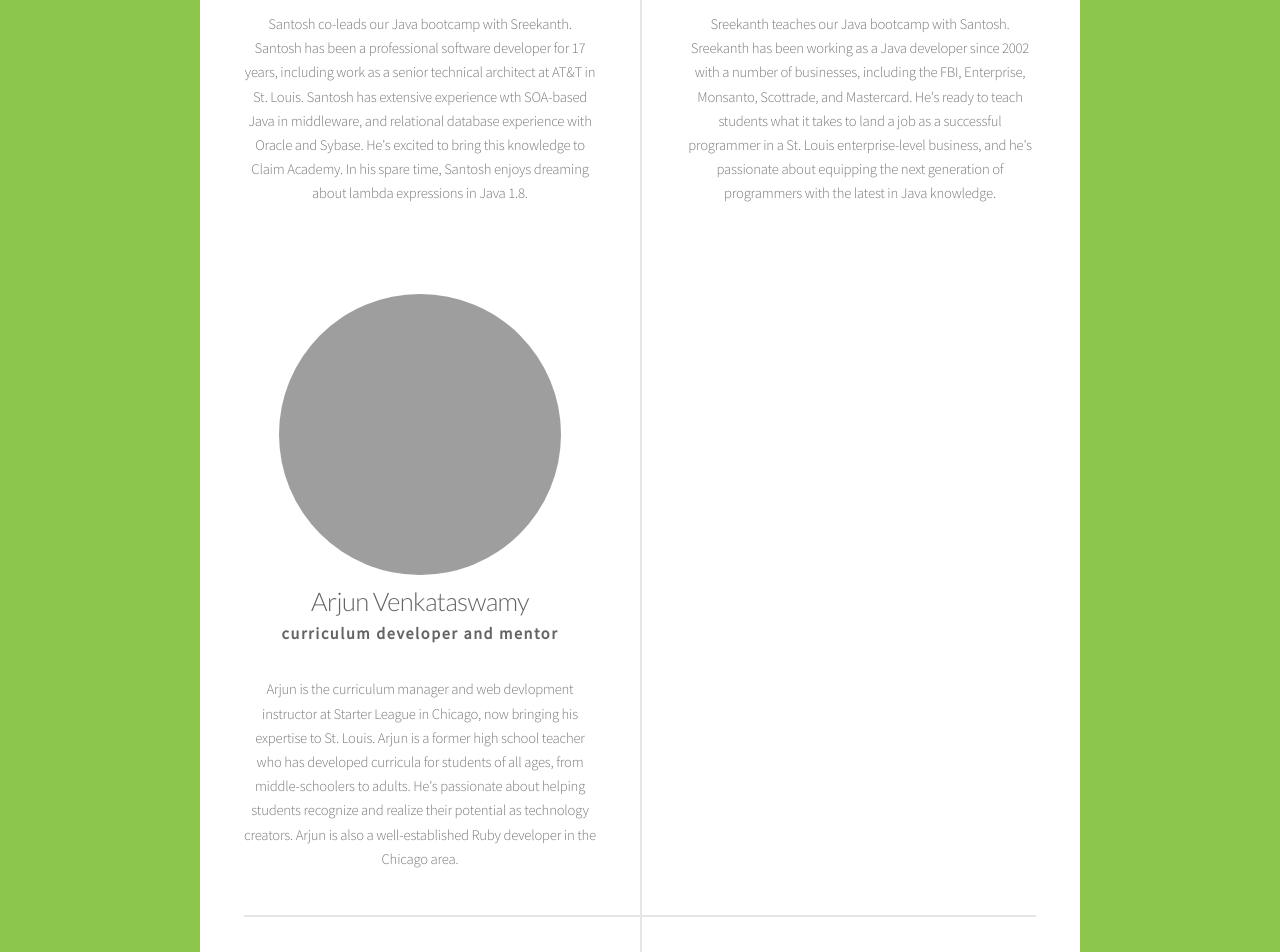
Repository: Kemo92/ClaimAcademy
Page: teachers.html
The author's editor kept a record of every edit. The page is drawn from the files as they stood at one moment, then again after the next edit.
The browser window is 1280 px wide. The pictures show the part of the page from y = 1466 to 2418 px (the page is 4386 px tall before and 4388 px after).
Pictures or frames that could not be fetched are drawn as grey boxes.

Above is the page before.

### teachers.html
<!DOCTYPE HTML>
<!--
Alpha by HTML5 UP
html5up.net | @n33co
Free for personal and commercial use under the CCA 3.0 license (html5up.net/license)
-->
<html>
	<head>
		<title>Programming Instructors and Mentors</title>
		<meta http-equiv="content-type" content="text/html; charset=utf-8" />
		<meta name="description" content="Programming and Coding Instructors and Mentors for Claim Academy" />
		<meta name="keywords" content="Programming, Coding, Startups, St. Louis, Claim Academy, Java, Ruby, .NET" />
		<!--[if lte IE 8]><script src="css/ie/html5shiv.js"></script><![endif]-->
		<script src="js/jquery.min.js"></script>
		<script src="js/jquery.dropotron.min.js"></script>
		<script src="js/jquery.scrollgress.min.js"></script>
		<script src="js/skel.min.js"></script>
		<script src="js/skel-layers.min.js"></script>
		<script src="js/init.js"></script>
		<noscript>
			<link rel="stylesheet" href="/css/skel.css" />
			<link rel="stylesheet" href="/css/style.css" />
			<link rel="stylesheet" href="/css/style-wide.css" />
		</noscript>
		<link href='https://fonts.googleapis.com/css?family=Ubuntu:300' rel='stylesheet' type='text/css'>
		<link href='https://fonts.googleapis.com/css?family=Lato:300' rel='stylesheet' type='text/css'>
		<!--[if lte IE 8]><link rel="stylesheet" href="css/ie/v8.css" /><![endif]-->
	</head>
	<body>

	<!-- Header -->
	<header id="header" class="skel-layers-fixed">
		<h1><a href="index.html"></a></h1>
		<nav id="nav">
			<ul>
				<li><a href="index.html">Home</a></li>
				<li><a href="http://claimacademystl.com/blog">Blog</a></li>
				<li><a href="http://eepurl.com/82eo5" class="button">Sign Up</a></li>
			</ul>
		</nav>
	</header>

	<!-- Main -->
	<section id="main" class="container">
		<section class ="box special">
			<h2>Meet our Instructors, Mentors, and Admin Team</h2>
			<p>As much as we love our space, and as proud as we are of our curricula and class materials, Claim Academy wouldn't be Claim Academy without our team of rockstars teaching class, running the daily operations, and mentoring students. The people below make things happen, and you should get to know them!</p>
		</section>
		<section class="box features">
			<div class="features-row">
					<section>
						<span class="image circle andy"></span>
						<h3 id="teachername">Andrew Benz</h3>
						<h4 id="teacherrole">.NET instructor</h4>
						<p>Andrew currently works as a .NET developer at Shipworks in downtown St. Louis. As a contributor to the .NET source, Andy has a uninque view of what's under the hood of the .NET framework. His personal projects include working with ASP.NET in a linux environment and contributing to the open-sourcing of the .NET framework for use across platforms. Andy has taught VB.NET to students in a traditional setting, and he looks forward to working with Claim Academy students in a more personal setting.</p>
					</section>
					<section>
						<span class="image circle harold"></span>
							<h3 id="teachername">Harold Blackorby</h3>
							<h4 id="teacherrole">.NET instructor</h4>
							<p>Harold has been working as with .NET for twenty years through advertising and marketing agencies, including the New Honor Society, Rivet, and Hugh. His experience working with web applications will help students to deploy their own applications during the .NET boot camp! Harold has also taught as an adjunct professor at Webster University, and brings that teaching experience to the classroom to create the interactive and hands-on environment students need to succeed.</p>
					</section>
				</div>
				<div class="features-row">
					<section>
						<span class="image circle santosh"></span>
						<h3 id="teachername">Santosh Tokekar</h3>
						<h4 id="teacherrole">Java instructor</h4>
						<p>Santosh co-leads our Java bootcamp with Sreekanth. Santosh has been a professional software developer for 17 years, including work as a senior technical architect at AT&T in St. Louis. Santosh has extensive experience wth SOA-based Java in middleware, and relational database experience with Oracle and Sybase. He's excited to bring this knowledge to Claim Academy. In his spare time, Santosh enjoys dreaming about lambda expressions in Java 1.8.</p>
					</section>
					<section>
						<span class="image circle sreekanth"></span>
							<h3 id="teachername">Sreekanth Peyyeti</h3>
							<h4 id="teacherrole">Java instructor</h4>
							<p>Sreekanth teaches our Java bootcamp with Santosh. Sreekanth has been working as a Java developer since 2002 with a number of businesses, including the FBI, Enterprise, Monsanto, Scottrade, and Mastercard. He's ready to teach students what it takes to land a job as a successful programmer in a St. Louis enterprise-level business, and he's passionate about equipping the next generation of programmers with the latest in Java knowledge.</p>
					</section>
					<section>
						<span class="image circle topleft"></span>
							<h3 id="teachername">Arjun Venkataswamy</h3>
							<h4 id="teacherrole">curriculum developer and mentor</h4>
							<p>Arjun is the curriculum manager and web devlopment instructor at Starter League in Chicago, now bringing his expertise to St. Louis. Arjun is a former high school teacher who has developed curricula for students of all ages, from middle-schoolers to adults. He's passionate about helping students recognize and realize their potential as technology creators. Arjun is also a well-established Ruby developer in the Chicago area.</p>
					</section>
				</div>
				<!--<div class="features-row">-->
				<!--	<section>-->
				<!--		<span class="image circle alex"></span>-->
				<!--			<h3 id="teachername">Alex Pearson</h3>-->
				<!--			<h4 id="teacherrole">Head of Operations</h4>-->
				<!--			<p>Alex is in charge of the day-to-day operations at Claim Academy, from working with instructors, to interviewing students, to managing the Claim Academy blog and website, to marketing and recruitment efforts, to program and curriculum development. Alex has a proven track record of building successful businesses in multiple industries, and he's now combining that business expertise with his passion for programming and web development to make Claim Academy the top training program for St. Louis developers.</p>-->
				<!--	</section>-->
				<!--	<section>-->
				<!--		<span class="image circle kristena"></span>-->
				<!--			<h3 id="teachername">Kristena Cooksey</h3>-->
				<!--			<h4 id="teacherrole">Assistant Head of Operations</h4>-->
				<!--			<p>Kristena has come to St. Louis from the Georgia Institute of Technology in search of a way to make a difference in St. Louis. She's found Claim Academy, and is now helping the Head of Operations to run and develop Claim Academy into a life-changing training program. You'll meet Kristena at the very beginning of your interview and application process, and she'll be communicating with students and instructors throughout each course.</p>-->
				<!--	</section>-->
				<!--</div>-->
				<div class="features-row">
					<section>
						<span class="image circle william"></span>
						<h3 id="teachername">William Fink</h3>
						<h4 id="teacherrole">.NET curriculum advisor, Microsoft partner, and student mentor</h4>
						<p>Bill works for Microsoft as a local technical evangelist, and is bringing his experience with the .NET framework to Claim Academy's Windows-focused courses. Bill also has years of experience teaching students as an adjunct professor at Southwest Illinois Technical College, and has been heavily involved in the tech industry as a consultant for <a href="http://www.rgare.com/">RGA</a> and <a href="https://www.linkedin.com/company/163367?trk=prof-exp-company-name">Daugherty Business Solutions</a>.</p>
					</section>
					<section>
						<span class="image circle sheila"></span>
						<h3 id="teachername">Sheila Burkett</h3>
						<h4 id="teacherrole">programming mentor</h4>
						<p>Sheila has been programming for St. Louis businesses since 1988, and has been active in teaching programming to others as a <a href="http://mis.umsl.edu/alumni_stories/SheilaBurkett.html">guest lecturer at the University of Missouri St. Louis</a>, as a mentor for the <a href="http://itenstl.org/">St. Louis IT Entrepreur Network (ITEN)</a>,a team member of <a href="http://www.slideshare.net/bouncebackstl">Bounce Back St. Louis</a>, President of <a href="">Tuxedo Park Management</a>, and now a managing partner of <a href="">Spry Digital</a>. Sheila is excited to bring her expertise to the classroom through guest lectures, pair programming, and indivudal mentorship.</p>
					</section>
				</div>
				<div class="features-row">
					<section>
						<span class="image circle yomi"></span>
						<h3 id="teachername">Yomi Toba</h3>
						<h4 id="teacherrole">programming mentor</h4>
						<p>Yomi is a co-founder of successful St. Louis start-ups <a href="https://lockerdome.com/">Lockerdome</a> and <a href="https://pushup.com/">Pushup Social</a>. He currently serves as the CTO of pushup, and will use his combination of business expertise and technical experience to guide students towards their next career in the St. Louis tech sector.</p><p style="color:rgb(255,255,255)">Here is a bunch of white text that should fill out the rest of the div. While we're here, programming in St. Louis, learn to code.</p>
					</section>
					<section>
						<span class="image circle brad"></span>
						<h3 id="teachername">Brad Urani</h3>
						<h4 id="teacherrole">programming mentor</h4>
						<p>Brad Urani is a software engineer and veteran of 5 St. Louis start-ups, including <a href="https://www.upsideadvisor.com/">Upside</a>, <a href="https://pushup.com/">Pushup Social</a>, and <a href="http://cat5.com/">Cat5 Commerce</a>. He has experience in financial software, ecommerce, games, industrial process control systems, social networking, and educational software. His insights as a team leader and head of engineering will help students better understand the top-level processes behind their individual projects.</p>
					</section>
				</div>
				<!--	<section>-->
				<!--		<span class="image circle ola"></span>-->
				<!--		<h3 id="teachername">Ola Ayeni</h3>-->
				<!--		<h4 id="teacherrole">business mentor</h4>-->
				<!--		<p>Ola is an <a href="http://archgrants.org/the-startups/">Arch Grant</a> winner and owner of successful St. Louis start-ups <a href="http://myeateria.com">Eateria</a> and <a href="http://workatclaim.com">Claim</a>. Ola is now using the relationships he's built in St. Louis to help provide scholarships and job opportunities to graduates of Claim Academy's programs. You'll also see Ola helping students with the soft skills that they'll need to master not just the craft of programming, but the business of software development.</p>-->
				<!--	</section>-->
				<!--</div>-->
			<!--</div>-->
		</section>
	</section>
	<!-- CTA -->
	<section id="cta">

		<h2>Keep up with Claim Academy</h2>
		<p>Enter your email address below to get updates about our programs.</p>

		<!--<form>-->
		<!--	<div class="row uniform 50%">-->
		<!--	<div class="8u 12u(2)">-->
		<!--	<input type="email" name="email" id="email" placeholder="Email Address" />-->
		<!--	</div>-->
		<!--	<div class="4u 12u(2)">-->
		<!--	<input type="submit" value="Sign Up" class="fit"/>-->
		<!--	</div>-->
		<!--	</div>-->
		<!--</form>-->
		<div id="mc_embed_signup">
			<form action="//claimacademystl.us9.list-manage.com/subscribe/post?u=79cf6ff8ead503f9b7587debe&amp;id=bebd29520f" method="post" id="mc-embedded-subscribe-form" name="mc-embedded-subscribe-form" class="validate" target="_blank" novalidate>
				<div id="mc_embed_signup_scroll">
					<input type="email" value="" name="EMAIL" class="email" id="mce-EMAIL" placeholder="email address" required>
					<!-- real people should not fill this in and expect good things - do not remove this or risk form bot signups-->
					<div style="position: absolute; left: -5000px;"><input type="text" name="b_79cf6ff8ead503f9b7587debe_bebd29520f" tabindex="-1" value=""></div>
					<div class="clear"><input type="submit" value="Sign Up" name="subscribe" id="mc-embedded-subscribe" class="button"></div>
				</div>
			</form>
		</div>

	</section>

	<!-- Footer -->
	<footer id="footer">
		<ul class="icons">
			<li><a href="http://twitter.com/claimacademystl" class="icon fa-twitter"><span class="label">Twitter</span></a></li>
			<li><a href="http://facebook.com/claimacademy" class="icon fa-facebook"><span class="label">Facebook</span></a></li>
			<li><a href="https://www.linkedin.com/company/claim-academy" class="icon fa-linkedin"><span class="label">LinkedIn</span></a></li>
			<li><a href="https://plus.google.com/+Claimacademystl/posts" class="icon fa-google-plus"><span class="label">Google+</span></a></li>
		</ul>

		<ul class="copyright">
			<li>email: info@claimacademystl.com</li>
			<li>phone: (314) 499-5888</li>
			<li>515 Olive St #600, St. Louis, MO 63101</li>
		</ul>
		<ul class="copyright">
			<li>&copy; Claim Academy. All rights reserved.</li>
		</ul>
	</footer>
	<!--Scrolling function-->
	<script>
	$(function() {
		$('a[href*=#]:not([href=#])').click(function() {
			if (location.pathname.replace(/^\//,'') == this.pathname.replace(/^\//,'') && location.hostname == this.hostname) {
				var target = $(this.hash);
				target = target.length ? target : $('[name=' + this.hash.slice(1) +']');
				if (target.length) {
					$('html,body').animate({
					scrollTop: target.offset().top
				}, 1000);
				return false;
				}
			}
		});
	});
	</script>
	<!--Google Analytics-->
	<script>
	(function(i,s,o,g,r,a,m){i['GoogleAnalyticsObject']=r;i[r]=i[r]||function(){
	(i[r].q=i[r].q||[]).push(arguments)},i[r].l=1*new Date();a=s.createElement(o),
	m=s.getElementsByTagName(o)[0];a.async=1;a.src=g;m.parentNode.insertBefore(a,m)
	})(window,document,'script','//www.google-analytics.com/analytics.js','ga');

	ga('create', 'UA-57286580-1', 'auto');
	ga('send', 'pageview');
	</script>
	</body>
</html>

Loaded but not shown: js/jquery.min.js (library); js/jquery.dropotron.min.js (library); js/jquery.scrollgress.min.js (common file); js/skel.min.js (library); js/skel-layers.min.js (library); css/style-wide.css (common file); css/style-normal.css (common file); css/font-awesome.min.css (library); js/init.js (109 lines, source omitted); css/style.css (1626 lines, source omitted)

After the next edit:
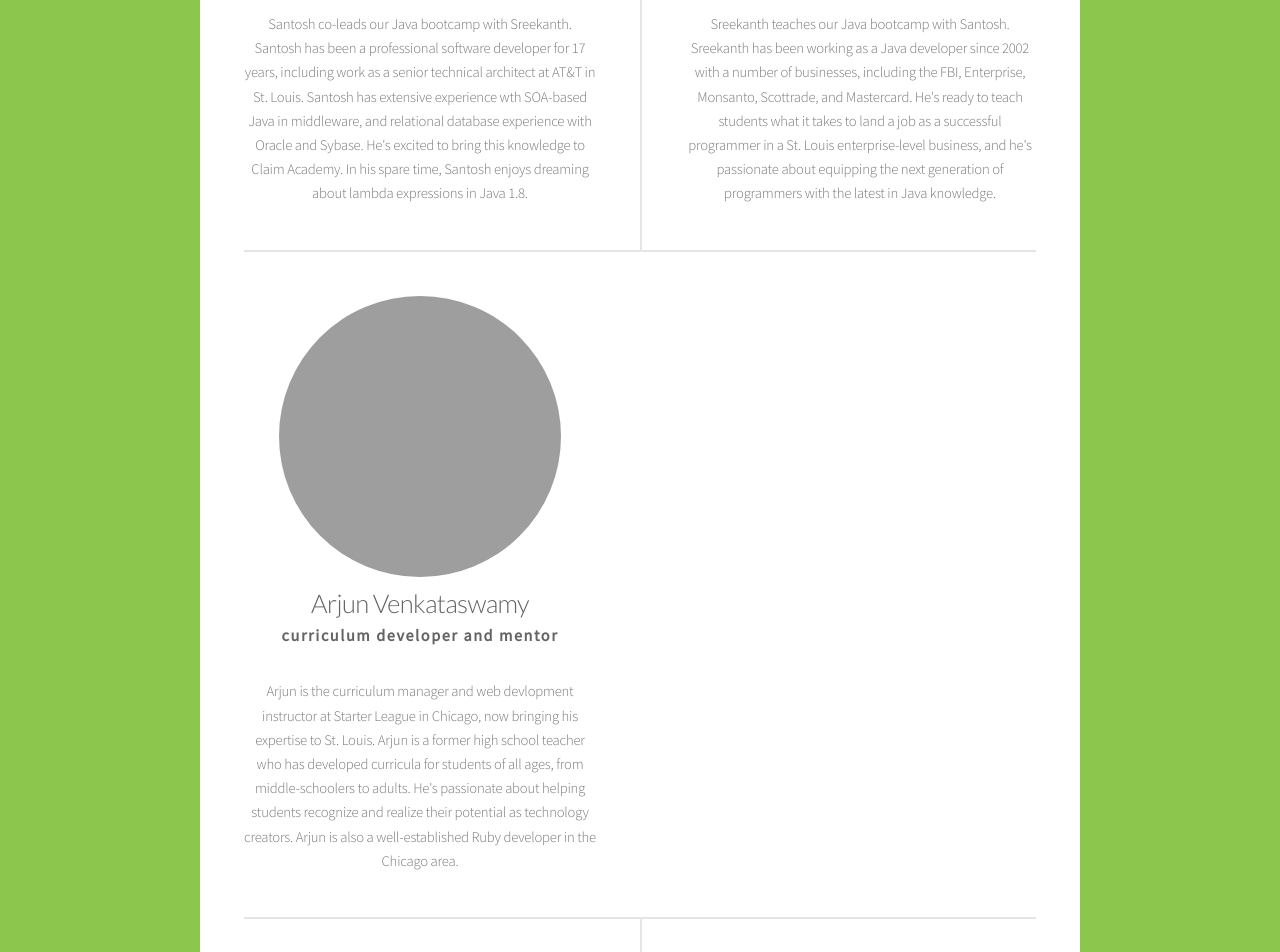
The edit:
--- a/teachers.html
+++ b/teachers.html
@@ -74,6 +74,8 @@
 							<h4 id="teacherrole">Java instructor</h4>
 							<p>Sreekanth teaches our Java bootcamp with Santosh. Sreekanth has been working as a Java developer since 2002 with a number of businesses, including the FBI, Enterprise, Monsanto, Scottrade, and Mastercard. He's ready to teach students what it takes to land a job as a successful programmer in a St. Louis enterprise-level business, and he's passionate about equipping the next generation of programmers with the latest in Java knowledge.</p>
 					</section>
+				</div>
+				<div class="features-row">
 					<section>
 						<span class="image circle topleft"></span>
 							<h3 id="teachername">Arjun Venkataswamy</h3>
